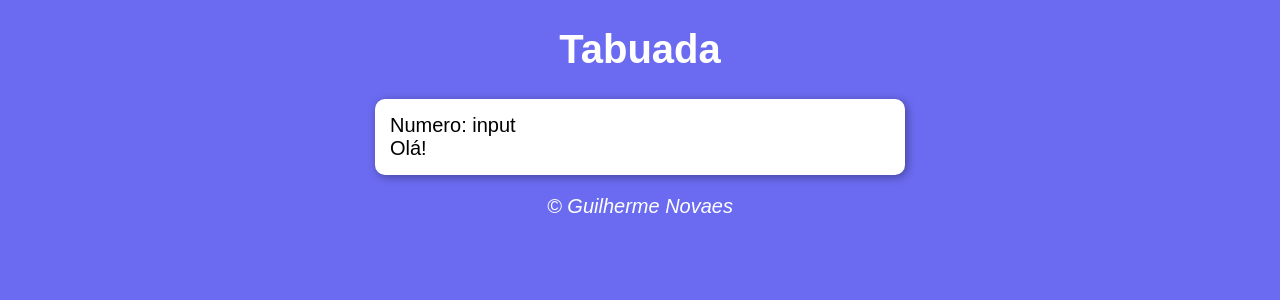
Repository: Guilherme-RNovaes/JavaScript-Curso
Page: Aula 14ex/ex017/index.html
An editor plug-in stored every save of this project. The page is shown before and after the next save, followed by the edit.
The browser window is 1280 px wide. The pictures show the whole page.

Above is the page before, as saved 2022-09-10 09:07:03.

### Aula 14ex/ex017/index.html
<!DOCTYPE html>
<html lang="pt-br">
<head>
    <meta charset="UTF-8">
    <meta http-equiv="X-UA-Compatible" content="IE=edge">
    <meta name="viewport" content="width=device-width, initial-scale=1.0">
    <title>Modelo de Exercício</title>
    <link rel="stylesheet" href="src/Style/style.css">
</head>
<body>
    <header>
        <h1>Tabuada</h1>
    </header>
    <section>
        <div>
            Numero: input
        </div>
        <div>
            Olá!
        </div>
    </section>
    <footer>
        <p>&copy; Guilherme Novaes</p>
    </footer>
    <script src="script.js"></script>
</body>
</html>

### Aula 14ex/ex017/src/Style/style.css
body{
    background-color: rgb(107, 107, 241);
    font: normal 15pt Arial;
}
header {
    color: white;
    text-align: center;
}

section{
    background-color: white;
    border-radius: 10px;
    padding: 15px;
    width: 500px;
    margin: auto;
    box-shadow: 2px 2px 10px rgba(0, 0, 0, 0.36);
}

footer{
    color: white;
    text-align: center;
    font-style: italic;
}

div img{
    width: 250px;
    height: 250px;
    border-radius: 100%;
}

Loaded but not shown: Aula 14ex/ex017/script.js (no stored copy; drawn as an empty file)

After the next save:
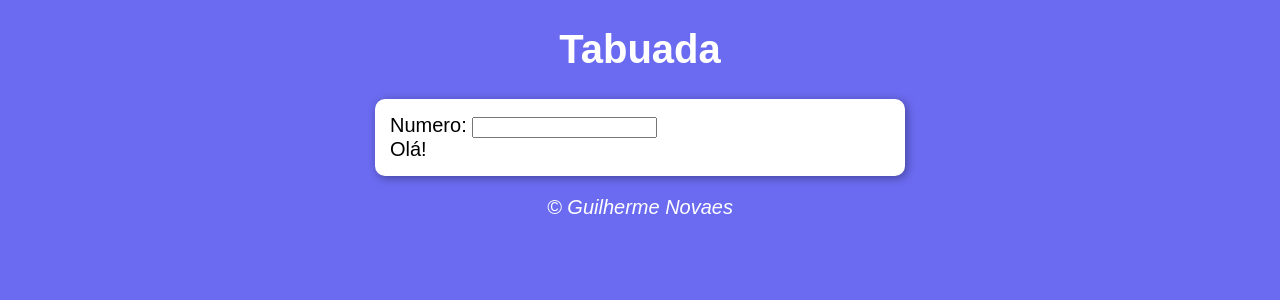
Saved 4 s later.
--- a/Aula 14ex/ex017/index.html
+++ b/Aula 14ex/ex017/index.html
@@ -13,7 +13,7 @@
     </header>
     <section>
         <div>
-            Numero: input
+            Numero: <input type="number" name="" id="">
         </div>
         <div>
             Olá!
